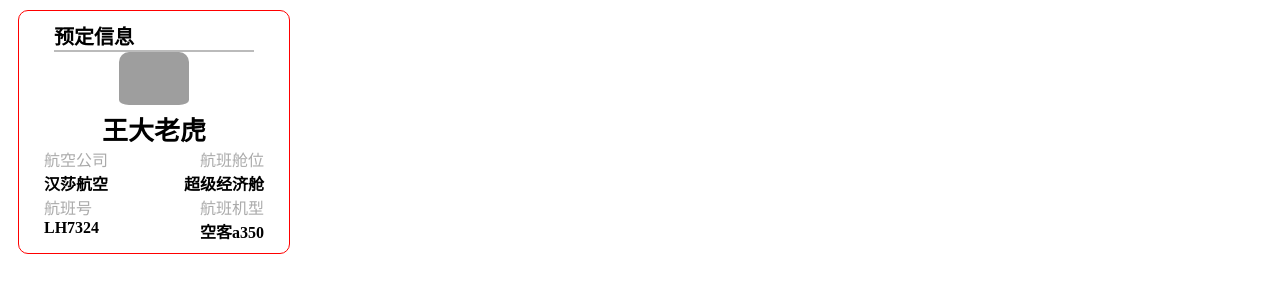
Repository: xzm1997/react-learning
Page: /
These files come from the project's save history. The page is drawn as it stood at one moment and after the next save; the edit follows.
The browser window is 1280 px wide. The pictures show the whole page.
Pictures or frames that could not be fetched are drawn as grey boxes. The project was rebuilt for these pictures with package versions that can differ from the ones it lists, and the page was loaded fresh each time.

Above is the page before, as saved 2023-01-31 10:46:59.

After the next save:
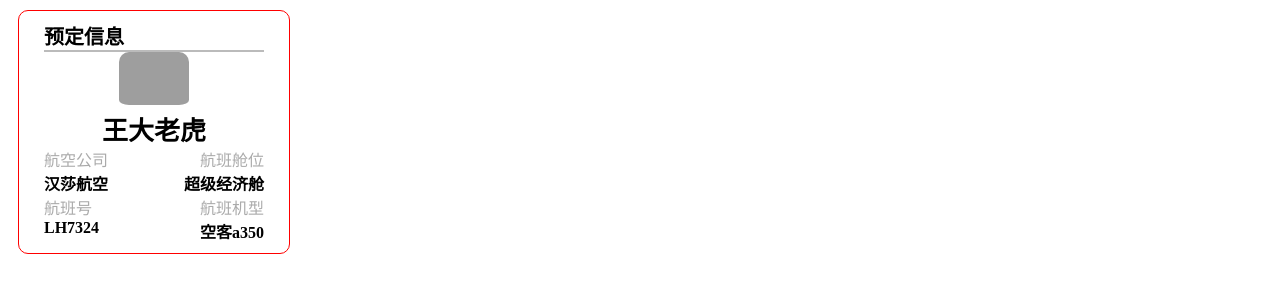
Saved 9 s later.
--- a/src/index.css
+++ b/src/index.css
@@ -33,7 +33,7 @@
 .totalTitle {
   font-size: 20px;
   font-weight: 700;
-  width: 200px;
+  width: 220px;
   border-bottom: solid 2px #bbb;
 }
 
